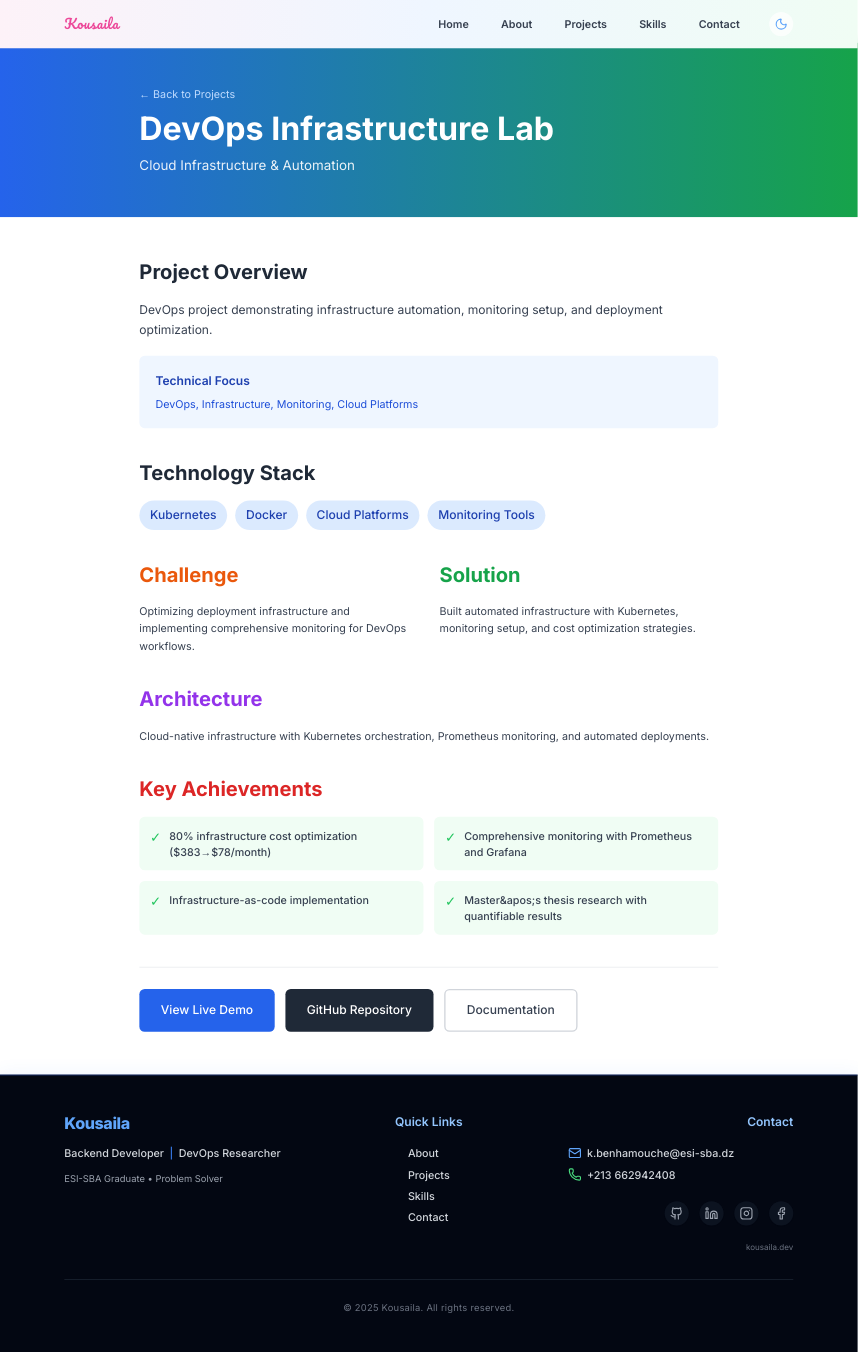
Repository: kousaila502/kousaila-benhamouche
Page: /projects/devops-lab
An editor plug-in stored every save of this project. The page is shown before and after the next save, followed by the edit.
The browser window is 1280 px wide. The pictures show the whole page, at 67% of full size.
The project was rebuilt for these pictures with package versions that can differ from the ones it lists, and the page was loaded fresh each time. The framework's server and built-in components were replaced by stand-ins that run in the browser. Also part of the build but not shown: next.config.ts.

Above is the page before, as saved 2025-07-29 14:32:00.

### src/app/layout.tsx
import type { Metadata } from "next";
import { Inter } from "next/font/google";
import "./globals.css";
import Header from "@/components/layout/Header";
import Footer from "@/components/layout/Footer";

const inter = Inter({ subsets: ["latin"] });

export const metadata: Metadata = {
  title: "Kousaila - Backend Developer | DevOps Researcher",
  description: "Backend Developer and DevOps Researcher from ESI-SBA, specializing in problem-solving and innovative solutions.",
};

export default function RootLayout({
  children,
}: {
  children: React.ReactNode;
}) {
  return (
    <html lang="en">
      <body className={`${inter.className} antialiased`}>
        <Header />
        <main className="pt-16 min-h-screen">
          {children}
        </main>
        <Footer />
      </body>
    </html>
  );
}

### src/app/globals.css
@tailwind base;
@tailwind components;
@tailwind utilities;

@keyframes slideInRight {
  from {
    opacity: 0;
    transform: translateX(30px);
  }
  to {
    opacity: 1;
    transform: translateX(0);
  }
}

/* Smooth scroll behavior */
html {
  scroll-behavior: smooth;
}

### src/components/layout/Header.tsx
'use client';

import { useState, useEffect } from 'react';
import Link from 'next/link';
import { Menu, X, Sun, Moon } from 'lucide-react';

// Import Google Fonts (Pacifico for name, Inter for nav)
import { Pacifico, Inter } from 'next/font/google';

const pacifico = Pacifico({ subsets: ['latin'], weight: '400', display: 'swap' });
const inter = Inter({ subsets: ['latin'], weight: ['400', '600'], display: 'swap' });

const navItems = [
    { name: 'Home', href: '#home' },
    { name: 'About', href: '#about' },
    { name: 'Projects', href: '#projects' },
    { name: 'Skills', href: '#skills' },
    { name: 'Contact', href: '#contact' }
];

const pastelBg = "bg-gradient-to-r from-pink-50 via-blue-50 to-green-50";

const Header = () => {
    const [isMenuOpen, setIsMenuOpen] = useState(false);
    const [scrolled, setScrolled] = useState(false);
    const [dark, setDark] = useState(false);

    useEffect(() => {
        const onScroll = () => setScrolled(window.scrollY > 10);
        window.addEventListener('scroll', onScroll, { passive: true });
        return () => window.removeEventListener('scroll', onScroll);
    }, []);

    // Light/Dark mode toggle (optional)
    useEffect(() => {
        if (dark) document.documentElement.classList.add('dark');
        else document.documentElement.classList.remove('dark');
    }, [dark]);

    return (
        <header
            className={`fixed top-0 left-0 right-0 z-50 transition-all duration-300
                ${pastelBg}
                ${scrolled ? "shadow-lg py-2" : "shadow-sm py-4"}
                backdrop-blur-[8px] bg-opacity-80`}
            aria-label="Main Navigation"
        >
            <div className="max-w-6xl mx-auto px-4 sm:px-6 lg:px-8">
                <div className="flex justify-between items-center">
                    {/* Logo/Name */}
                    <Link
                        href="/"
                        className={`${pacifico.className} text-lg md:text-xl tracking-wide text-pink-500 hover:text-blue-400 transition font-normal`}
                        aria-label="Homepage"
                        tabIndex={0}
                        style={{ letterSpacing: '0.04em' }}
                    >
                        Kousaila
                    </Link>

                    {/* Desktop Navigation */}
                    <nav className={`hidden md:flex gap-2 lg:gap-6 items-center ${inter.className}`} aria-label="Primary">
                        {navItems.map((item) => (
                            <Link
                                key={item.name}
                                href={item.href}
                                className="relative px-3 py-2 font-semibold text-gray-700 transition-colors duration-200 focus:outline-none focus-visible:ring-2 focus-visible:ring-blue-300
                                    after:absolute after:left-1/2 after:-translate-x-1/2 after:bottom-1 after:w-0 after:h-0.5 after:bg-gradient-to-r after:from-pink-400 after:to-blue-400 after:rounded-full after:transition-all after:duration-300
                                    hover:text-blue-500 hover:after:w-2/3 hover:after:h-0.5"
                                tabIndex={0}
                                aria-label={item.name}
                                style={{ WebkitTapHighlightColor: "transparent" }}
                            >
                                {item.name}
                            </Link>
                        ))}
                        {/* Light/Dark mode switcher */}
                        <button
                            aria-label={dark ? "Switch to light mode" : "Switch to dark mode"}
                            className="ml-2 p-2 rounded-full bg-white/70 hover:bg-blue-100 dark:bg-gray-900/70 dark:hover:bg-blue-900/40 transition-colors focus:outline-none focus-visible:ring-2 focus-visible:ring-blue-300"
                            onClick={() => setDark(d => !d)}
                            tabIndex={0}
                        >
                            {dark ? (
                                <Sun className="w-5 h-5 text-yellow-400" />
                            ) : (
                                <Moon className="w-5 h-5 text-blue-400" />
                            )}
                        </button>
                    </nav>

                    {/* Mobile Menu Button */}
                    <button
                        onClick={() => setIsMenuOpen((open) => !open)}
                        aria-label={isMenuOpen ? "Close menu" : "Open menu"}
                        aria-expanded={isMenuOpen}
                        aria-controls="mobile-menu"
                        className="md:hidden flex items-center justify-center w-10 h-10 rounded-full focus:outline-none focus-visible:ring-2 focus-visible:ring-blue-300 bg-white/80 shadow transition"
                    >
                        <span className="sr-only">{isMenuOpen ? "Close menu" : "Open menu"}</span>
                        <span className="transition-transform duration-300">
                            {isMenuOpen ? (
                                <X className="w-7 h-7 text-pink-400" />
                            ) : (
                                <Menu className="w-7 h-7 text-blue-400" />
                            )}
                        </span>
                    </button>
                </div>

                {/* Mobile Navigation Menu */}
                <div
                    id="mobile-menu"
                    className={`md:hidden fixed inset-0 z-40 bg-black/20 transition-all duration-300 ${isMenuOpen ? "visible opacity-100" : "invisible opacity-0 pointer-events-none"}`}
                    aria-hidden={!isMenuOpen}
                    tabIndex={-1}
                    onClick={() => setIsMenuOpen(false)}
                >
                    <nav
                        className={`absolute top-0 right-0 w-4/5 max-w-xs h-full bg-gradient-to-br from-pink-50 via-blue-50 to-green-50 shadow-xl p-8 pt-24 transition-transform duration-300
                            ${isMenuOpen ? "translate-x-0" : "translate-x-full"}
                        `}
                        aria-label="Mobile"
                        onClick={e => e.stopPropagation()}
                    >
                        <ul className={`${inter.className} flex flex-col gap-6`}>
                            {navItems.map((item) => (
                                <li key={item.name}>
                                    <Link
                                        href={item.href}
                                        className="block text-lg font-semibold text-gray-700 py-2 px-2 rounded hover:bg-blue-50 hover:text-blue-500 transition-colors focus:outline-none focus-visible:ring-2 focus-visible:ring-blue-300"
                                        tabIndex={isMenuOpen ? 0 : -1}
                                        aria-label={item.name}
                                        onClick={() => setIsMenuOpen(false)}
                                    >
                                        {item.name}
                                    </Link>
                                </li>
                            ))}
                            <li>
                                <button
                                    aria-label={dark ? "Switch to light mode" : "Switch to dark mode"}
                                    className="mt-2 p-2 rounded-full bg-white/70 hover:bg-blue-100 transition-colors focus:outline-none focus-visible:ring-2 focus-visible:ring-blue-300"
                                    onClick={() => setDark(d => !d)}
                                    tabIndex={isMenuOpen ? 0 : -1}
                                >
                                    {dark ? (
                                        <Sun className="w-5 h-5 text-yellow-400" />
                                    ) : (
                                        <Moon className="w-5 h-5 text-blue-400" />
                                    )}
                                </button>
                            </li>
                        </ul>
                    </nav>
                </div>
            </div>
        </header>
    );
};

export default Header;

### src/components/layout/Footer.tsx
'use client';

import Link from 'next/link';
import { Mail, Phone, Github, Linkedin, Instagram, Facebook } from 'lucide-react';

const currentYear = new Date().getFullYear();

const socialLinks = [
    {
        name: 'GitHub',
        href: 'https://github.com/kousaila502',
        icon: <Github className="w-5 h-5" aria-label="GitHub" />,
    },
    {
        name: 'LinkedIn',
        href: 'https://www.linkedin.com/in/kousaila-benhamouche',
        icon: <Linkedin className="w-5 h-5" aria-label="LinkedIn" />,
    },
    {
        name: 'Instagram',
        href: 'https://www.instagram.com/k0uss4il4/',
        icon: <Instagram className="w-5 h-5" aria-label="Instagram" />,
    },
    {
        name: 'Facebook',
        href: 'https://www.facebook.com/kokoXxXx/',
        icon: <Facebook className="w-5 h-5" aria-label="Facebook" />,
    }
];

const contactItems = [
    {
        label: 'Email',
        value: 'k.benhamouche@esi-sba.dz',
        href: 'mailto:k.benhamouche@esi-sba.dz',
        icon: <Mail className="w-5 h-5 text-blue-400" aria-label="Email" />,
    },
    {
        label: 'Phone',
        value: '+213 662942408',
        href: 'tel:+213662942408',
        icon: <Phone className="w-5 h-5 text-green-400" aria-label="Phone" />,
    }
];

const Footer = () => (
    <footer className="bg-gray-950 text-gray-200 border-t border-blue-900 shadow-[0_-2px_24px_0_rgba(59,130,246,0.08)]">
        <div className="max-w-6xl mx-auto px-4 sm:px-6 lg:px-8 py-14">
            <div className="grid grid-cols-1 md:grid-cols-3 gap-10">
                {/* Brand/About */}
                <div className="flex flex-col items-center md:items-start gap-4">
                    <h3 className="text-2xl font-extrabold text-blue-400 tracking-tight">Kousaila</h3>
                    <p className="text-gray-300 text-base font-medium">
                        Backend Developer <span className="mx-1 text-blue-500">|</span> DevOps Researcher
                    </p>
                    <p className="text-gray-400 text-sm">ESI-SBA Graduate • Problem Solver</p>
                </div>

                {/* Quick Links */}
                <div className="flex flex-col items-center md:items-center gap-4">
                    <h4 className="text-lg font-semibold text-blue-300 mb-1">Quick Links</h4>
                    <nav className="flex flex-col gap-2">
                        <Link href="#about" className="flex items-center gap-2 text-gray-300 hover:text-blue-400 transition-colors font-medium">
                            About
                        </Link>
                        <Link href="#projects" className="flex items-center gap-2 text-gray-300 hover:text-blue-400 transition-colors font-medium">
                            Projects
                        </Link>
                        <Link href="#skills" className="flex items-center gap-2 text-gray-300 hover:text-blue-400 transition-colors font-medium">
                            Skills
                        </Link>
                        <Link href="#contact" className="flex items-center gap-2 text-gray-300 hover:text-blue-400 transition-colors font-medium">
                            Contact
                        </Link>
                    </nav>
                </div>

                {/* Contact & Social */}
                <div className="flex flex-col items-center md:items-end gap-4">
                    <h4 className="text-lg font-semibold text-blue-300 mb-1">Contact</h4>
                    <div className="flex flex-col gap-2 w-full">
                        {contactItems.map(item => (
                            <a
                                key={item.label}
                                href={item.href}
                                className="flex items-center gap-2 text-gray-300 hover:text-blue-400 transition-colors font-medium group"
                                aria-label={item.label}
                            >
                                <span className="transition-transform group-hover:scale-110">{item.icon}</span>
                                <span>{item.value}</span>
                            </a>
                        ))}
                    </div>
                    <div className="flex gap-4 mt-3">
                        {socialLinks.map(link => (
                            <a
                                key={link.name}
                                href={link.href}
                                target="_blank"
                                rel="noopener noreferrer"
                                aria-label={link.name}
                                className="rounded-full bg-gray-900/70 p-2 text-gray-400 hover:text-blue-400 hover:bg-blue-900/30 transition-all duration-200 shadow-sm focus:ring-2 focus:ring-blue-400"
                            >
                                {link.icon}
                            </a>
                        ))}
                    </div>
                    <span className="text-xs text-gray-500 mt-2">kousaila.dev</span>
                </div>
            </div>
            {/* Bottom Bar */}
            <div className="border-t border-gray-800 mt-10 pt-8 text-center">
                <p className="text-gray-500 text-sm tracking-wide">
                    © {currentYear} Kousaila. All rights reserved.
                </p>
            </div>
        </div>
    </footer>
);

export default Footer;

Loaded but not shown: tailwind.config.js (11 lines, source omitted); src/app/projects/[id]/page.tsx (183 lines, source omitted)

After the next save:
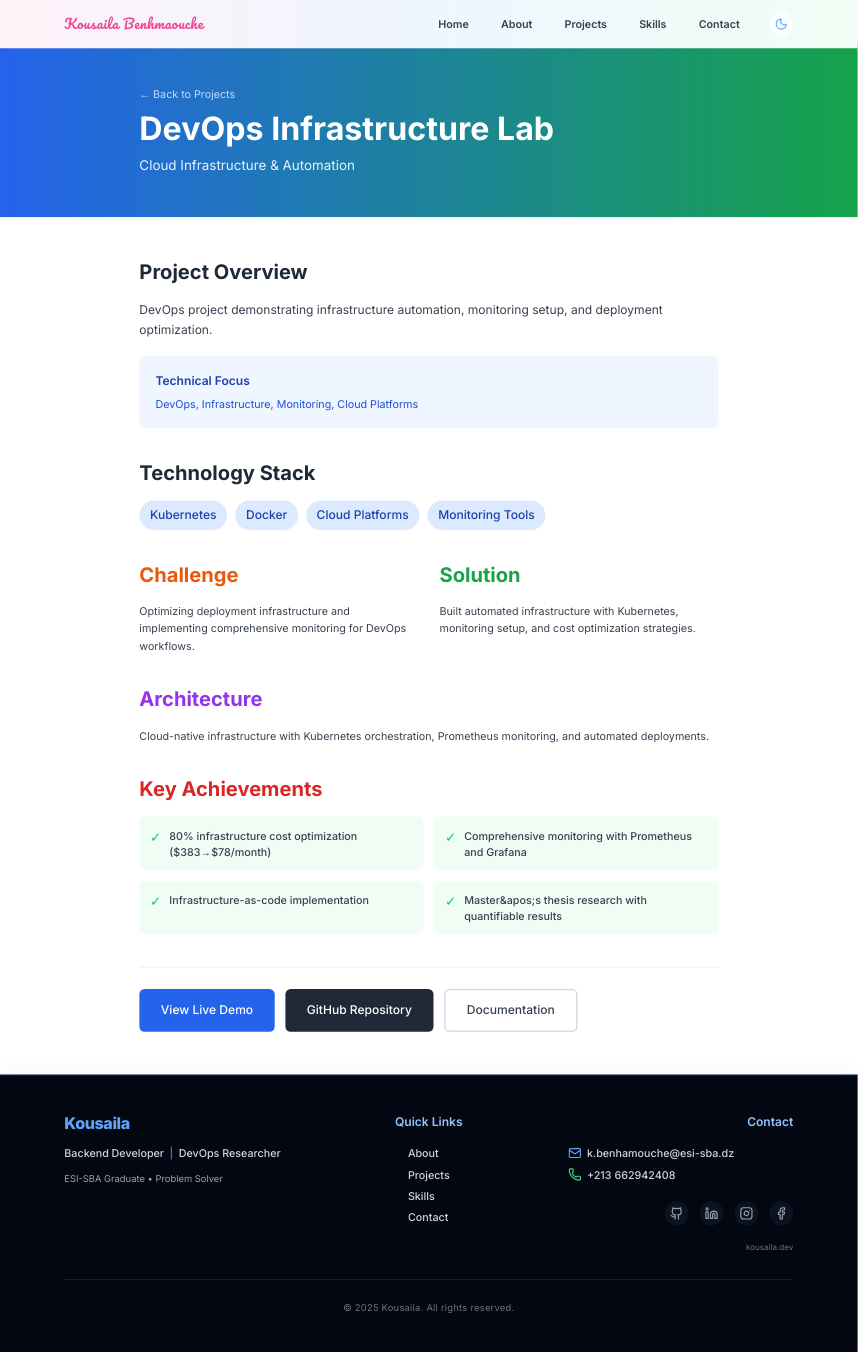
Saved 4 min 14 s later.
--- a/src/components/layout/Header.tsx
+++ b/src/components/layout/Header.tsx
@@ -55,7 +55,7 @@
                         tabIndex={0}
                         style={{ letterSpacing: '0.04em' }}
                     >
-                        Kousaila
+                        Kousaila Benhmaouche
                     </Link>
 
                     {/* Desktop Navigation */}

After the save that followed:
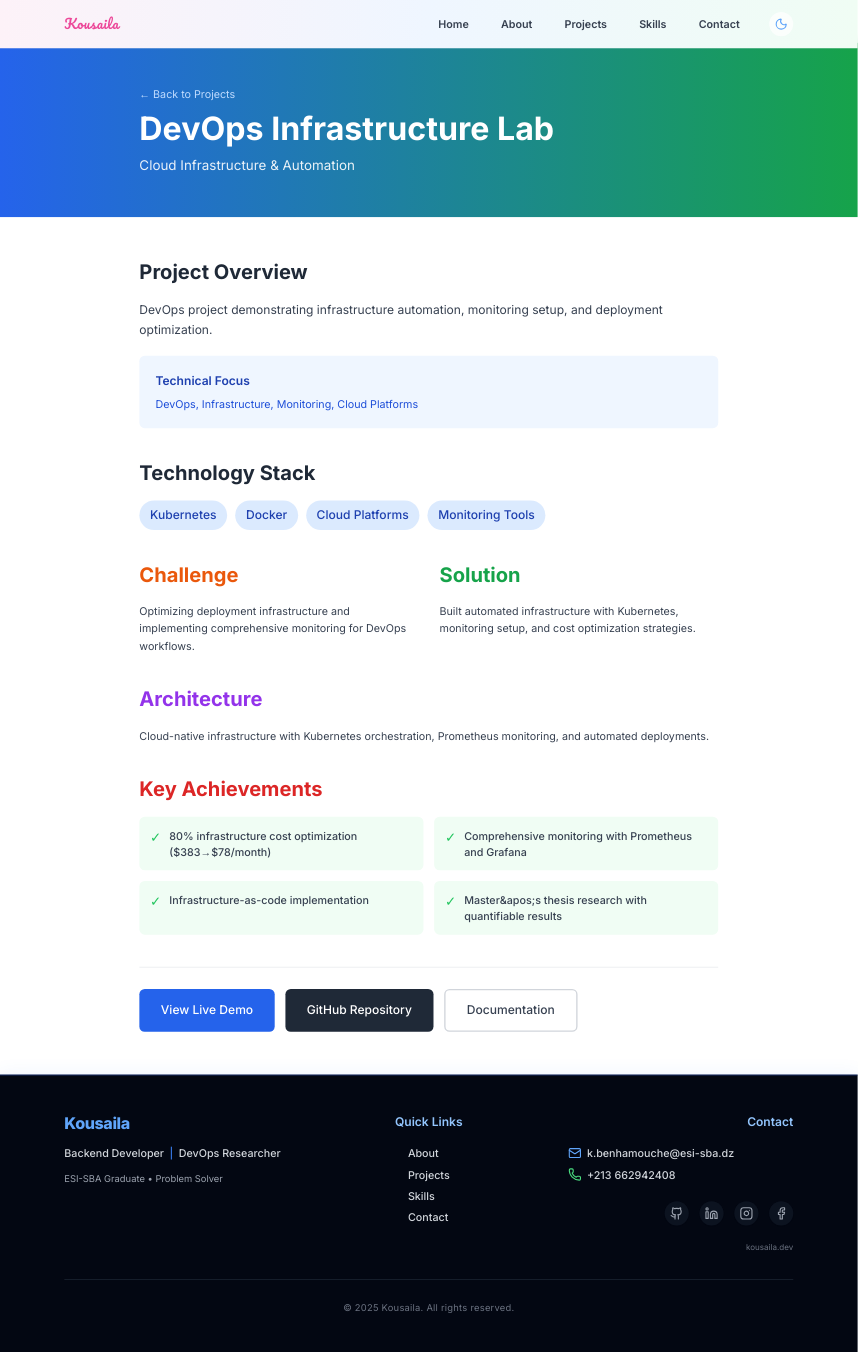
Saved 15 s later.
--- a/src/components/layout/Header.tsx
+++ b/src/components/layout/Header.tsx
@@ -55,7 +55,7 @@
                         tabIndex={0}
                         style={{ letterSpacing: '0.04em' }}
                     >
-                        Kousaila Benhmaouche
+                        Kousaila
                     </Link>
 
                     {/* Desktop Navigation */}
